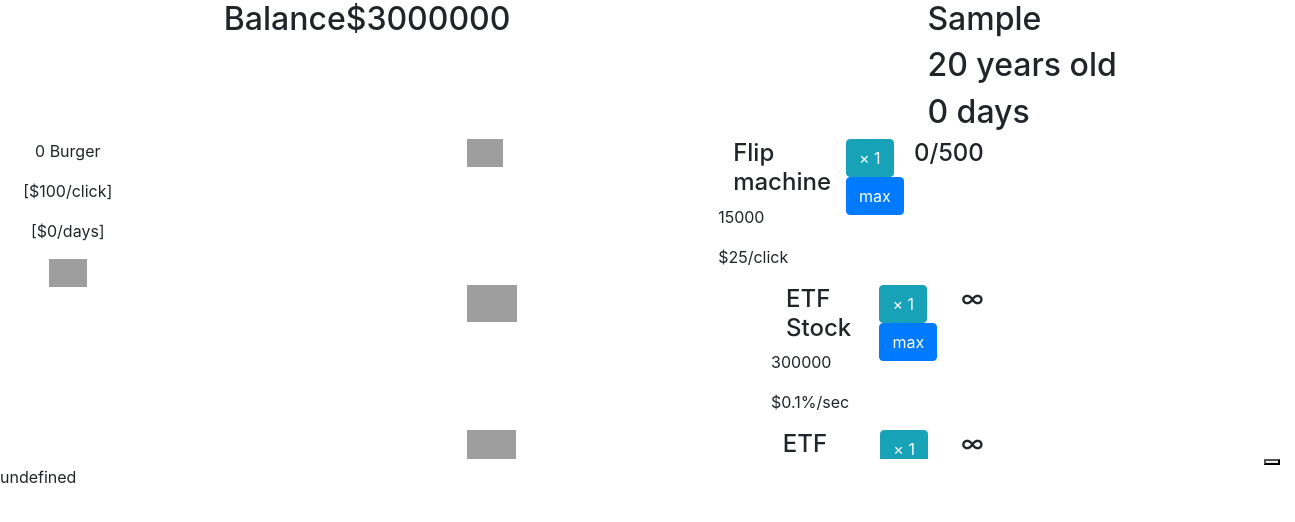
Repository: yu-yaba/Clicker-empire-game
Page: index.html
The author's editor kept a copy of each file at every save. The page is drawn from the files as they stood at one save, then again after the next save.
The browser window is 1280 px wide. The page is 1295 px wide, so the pictures cover 1295 px, including what lies to the right of the window. The pictures show the whole page.
Empty fields were first filled with sample values (such as "Sample", 5 or name@example.com).
After loading, the first visible `button.btn` was clicked once.
Pictures or frames that could not be fetched are drawn as grey boxes.

Above is the page before, as saved 2023-01-22 10:23:05.

After the next save:
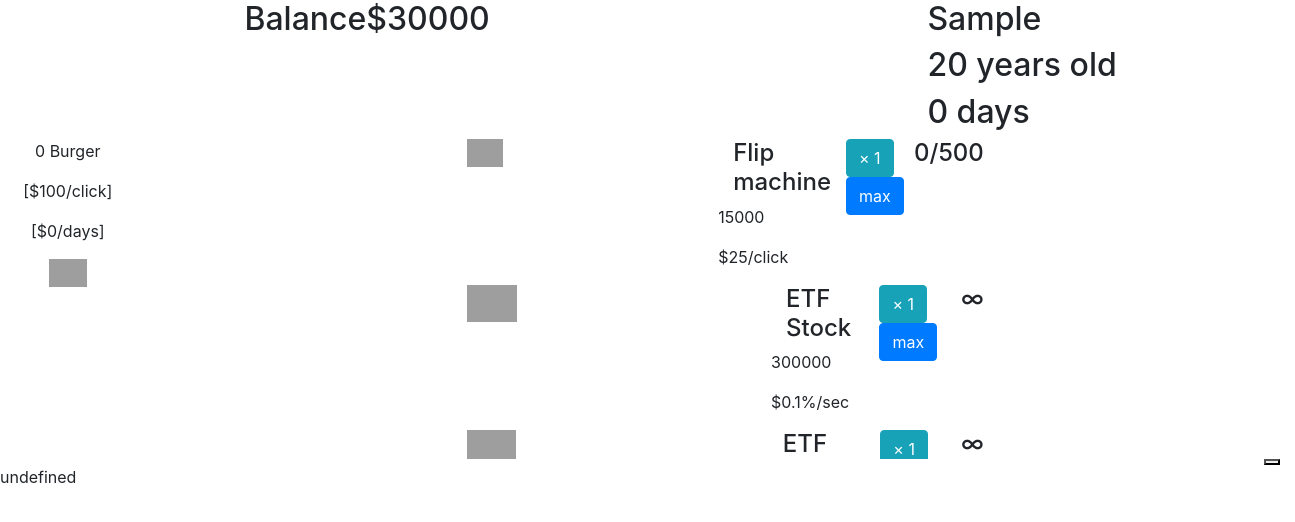
Saved 30 s later.
--- a/text.js
+++ b/text.js
@@ -105,7 +105,7 @@ const itemList = [
 function registerAccount () {
     let userData;
     if (config.userName.value == "yuya") userData = new UserAccount(yuya, 20, 0, 10000000, 100000, 1000, itemList, 0);
-    else userData = new UserAccount (config.userName.value, 20, 0, 3000000, 100, 0, itemList, 0);
+    else userData = new UserAccount (config.userName.value, 20, 0, 30000, 100, 0, itemList, 0);
 
     displayNone(config.initialForm);
     displayBlock(config.mainPage);
